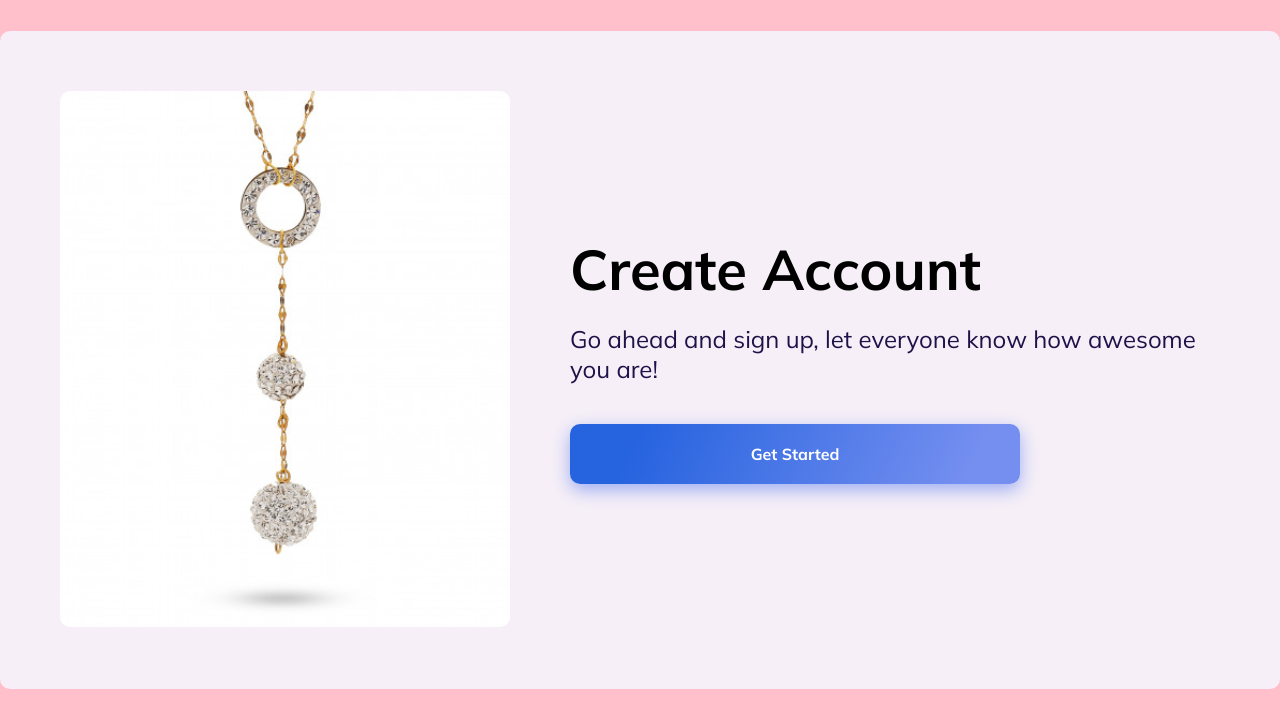
Repository: codezeloss/Valinteca-task
Page: signup.html
These files come from the project's save history. The page is drawn as it stood at one moment and after the next save; the edit follows.
The browser window is 1280 px wide. The pictures show the whole page.

Above is the page before, as saved 2022-12-09 19:24:15.

### signup.html
<!DOCTYPE html>
<html lang="en">
  <head>
    <meta charset="UTF-8" />
    <meta http-equiv="X-UA-Compatible" content="IE=edge" />
    <meta name="viewport" content="width=device-width, initial-scale=1.0" />

    <link rel="preconnect" href="https://fonts.googleapis.com">
    <link rel="preconnect" href="https://fonts.gstatic.com" crossorigin>
    <link href="https://fonts.googleapis.com/css2?family=Mulish:wght@400;700;800&display=swap" rel="stylesheet">

    <link rel="stylesheet" href="css/styles.css" />

    <title>Signup page</title>
  </head>

<body>
  <div class="container">
    <div class="flex-box box-container">
      <div class="img-container">
        <img
          class="welcome-img"
          src="./images/desktop/signup-image-desktop.svg"
          alt="image"
        />
      </div>
      <div class="img-container">
        <h1 class="heading-primary">Create Account</h1>
        <p class="text">Go ahead and sign up, let everyone know how awesome you are!</p>
        <button class="btn">Get Started</button>
      </div>
    </div>
  </div>
</body>

</html>

### css/styles.css
* {
  margin: 0;
  padding: 0;
  box-sizing: border-box;
}

html {
  font-size: 62.5%;
}

body {
  font-family: sans-serif;
  color: #000;
}

.container {
  display: flex;
  justify-content: center;
  align-items: center;
  height: 100vh;
  background-color: pink;
}

.flex-box {
  display: flex;
  flex-direction: row;
  gap: 60px;
  align-items: center;
}

.box-container {
  margin: 0 auto;
  background: rgba(245, 247, 255, 0.85);
  border-radius: 10px;
  padding: 60px;
}

.heading {
  font-family: "Mulish", sans-serif;
  font-style: normal;
  font-weight: 700;
  line-height: 120%;
  margin-bottom: 20px;
}

.heading-primary {
  font-family: "Mulish", sans-serif;
  font-style: normal;
  font-weight: 700;
  font-size: 56px;
  line-height: 120%;
  margin-bottom: 20px;
}

.heading-secondary {
  font-family: "Mulish", sans-serif;
  font-style: normal;
  font-weight: 700;
  font-size: 42px;
  line-height: 120%;
  margin-bottom: 20px;
}

.text {
  font-family: "Mulish", sans-serif;
  font-style: normal;
  font-weight: 400;
  font-size: 24px;
  color: #1f1249;
  margin-bottom: 40px;
}

.btn {
  width: 450px;
  height: 60px;
  font-family: "Mulish";
  font-style: normal;
  font-weight: 700;
  font-size: 16px;
  border: none;
  cursor: pointer;
  background: linear-gradient(113.87deg, #2663df 14.81%, #758ff0 88.76%);
  box-shadow: 0px 6px 18px #9cadf2;
  border-radius: 10px;
  color: #ffffff;
}

After the next save:
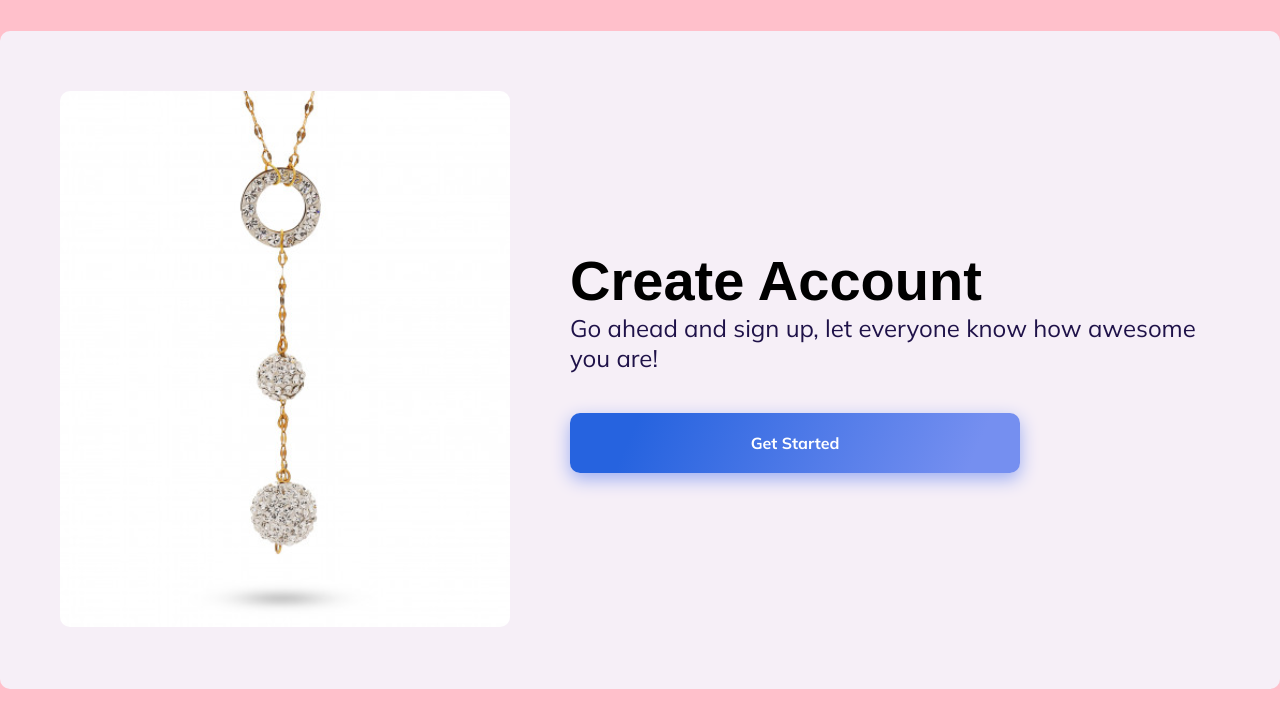
Saved 4 s later.
--- a/css/styles.css
+++ b/css/styles.css
@@ -44,12 +44,7 @@
 }
 
 .heading-primary {
-  font-family: "Mulish", sans-serif;
-  font-style: normal;
-  font-weight: 700;
   font-size: 56px;
-  line-height: 120%;
-  margin-bottom: 20px;
 }
 
 .heading-secondary {
